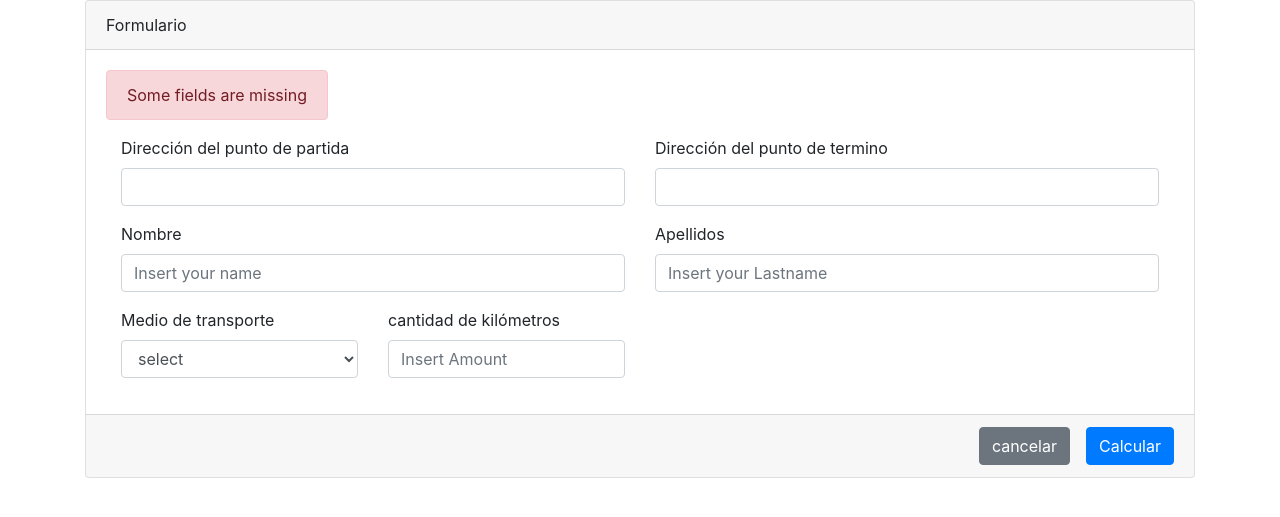
Repository: Jassan851031/foreachTask
Page: /
An editor plug-in stored every save of this project. The page is shown before and after the next save, followed by the edit.
The browser window is 1280 px wide. The pictures show the whole page.
The project was rebuilt for these pictures with package versions that can differ from the ones it lists, and the page was loaded fresh each time. Also part of the build but not shown: src/App.css.

Above is the page before, as saved 2020-03-23 13:39:17.

### src/index.js
import React from 'react';
import ReactDOM from 'react-dom';
import 'bootstrap/dist/css/bootstrap.min.css';
import 'font-awesome/css/font-awesome.min.css';
import './index.css';
import App from './App';
import * as serviceWorker from './serviceWorker';


 // Add js files
 import 'jquery';
 import 'popper.js';
 import 'bootstrap';

ReactDOM.render(
  <React.StrictMode>
    <App />
  </React.StrictMode>,
  document.getElementById('root')
);

// If you want your app to work offline and load faster, you can change
// unregister() to register() below. Note this comes with some pitfalls.
// Learn more about service workers: https://bit.ly/CRA-PWA
serviceWorker.unregister();

### src/App.js
import React from 'react';
import './App.css';

function App() {
  return (
    <div className="container">
      <div className="row">
        <div className="col-md-12">
          <form>
            <div className="card">
              <div className="card-header">
                Formulario
              </div>
              <div className="card-body">
                <div className="container">
                  <div className="row">
                    <div id="col-md-12">
                      <div className="alert alert-danger">
                        Some fields are missing
                      </div>
                    </div>
                  </div>
                  <div className="row">
                    <div className="col-md-6">
                      <div className="form-g roup">
                        <label className="form-label">Dirección del punto de partida</label>
                        <input type="text" id="no_card" className="form-control" />
                      </div>
                    </div>
                    <div className="col-md-6">
                      <div className="form-group">
                        <label className="form-label">Dirección del punto de termino</label>
                        <input type="text" id="key" className="form-control" />
                      </div>
                    </div>
                  </div>
                  <div className="row">
                    <div className="col-md-6">
                      <div className="form-group">
                        <label className="form-label">Nombre</label>
                        <input type="text" id="nombre" className="form-control" placeholder="Insert your name" />
                      </div>
                    </div>
                    <div className="col-md-6">
                      <div className="form-group">
                        <label className="form-label">Apellidos</label>
                        <input type="text" id="apellidos" className="form-control" placeholder="Insert your Lastname" />
                      </div>
                    </div>
                  </div>
                  <div className="row">
                    <div className="col-md-3">
                      <div className="form-group">
                        <label className="form-label">Medio de transporte</label>
                        <select id="estado" className="form-control">
                          <option value="">select</option>
                          <option value="1"> option 1</option>
                          <option value="1"> option 2</option>
                          <option value="1"> option 3</option>
                          <option value="1"> option 4</option>
                        </select>
                      </div>
                    </div>
                    <div className="col-md-3">
                      <div className="form-group">
                        <label className="form-label">cantidad de kilómetros</label>
                        <input type="text" id="postal" className="form-control" placeholder="Insert Amount" />
                      </div>
                    </div>
                  </div>
                </div>
              </div>
              <div className="card-footer text-right">
                <button className="btn btn-secondary mr-3">cancelar</button>
                <button className="btn btn-primary">Calcular</button>
              </div>
            </div>
          </form>
        </div>
      </div>
    </div>
  );
}

export default App;

Loaded but not shown: public/index.html (common file); src/index.css (common file); src/serviceWorker.js (common file)

After the next save:
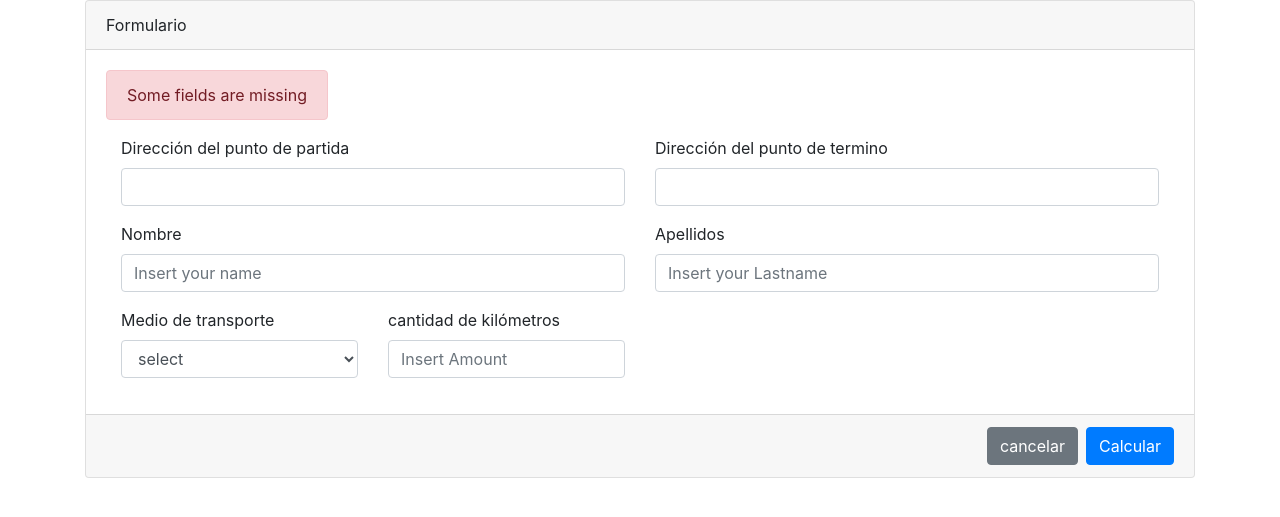
Saved 5 s later.
--- a/src/App.js
+++ b/src/App.js
@@ -71,7 +71,7 @@ function App() {
                 </div>
               </div>
               <div className="card-footer text-right">
-                <button className="btn btn-secondary mr-3">cancelar</button>
+                <button className="btn btn-secondary mr-2">cancelar</button>
                 <button className="btn btn-primary">Calcular</button>
               </div>
             </div>
